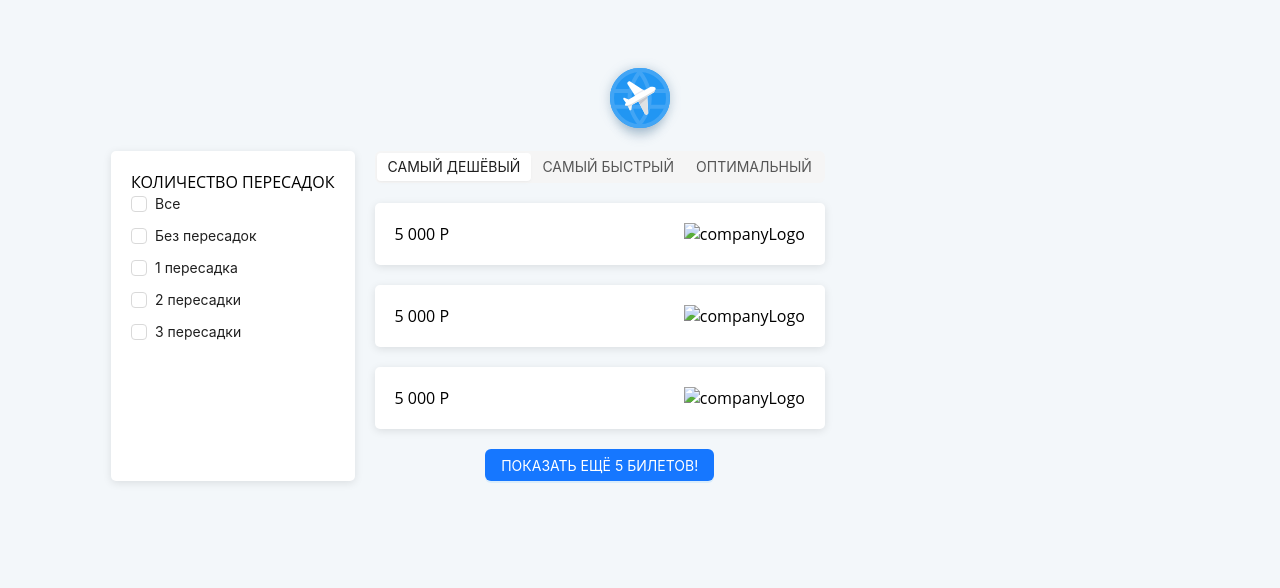
Repository: Dedoxa/aviasalesTickets
Page: /
An editor plug-in stored every save of this project. The page is shown before and after the next save, followed by the edit.
The browser window is 1280 px wide. The pictures show the whole page.
The project was rebuilt for these pictures with package versions that can differ from the ones it lists, and the page was loaded fresh each time. Also part of the build but not shown: vite.config.js.

Above is the page before, as saved 2024-10-19 16:50:27.

### index.html
<!doctype html>
<html lang="en">
  <head>
    <meta charset="UTF-8" />
    <meta name="viewport" content="width=device-width, initial-scale=1.0" />
    <title>AviasalesTickets</title>
  </head>
  <body>
    <div id="root"></div>
    <script type="module" src="/src/main.jsx"></script>
  </body>
</html>

### src/main.jsx
import { StrictMode } from 'react';
import { createRoot } from 'react-dom/client';

import App from './App.jsx';

createRoot(document.getElementById('root')).render(
  <StrictMode>
    <App />
  </StrictMode>
);

### src/App.jsx
import TransferFilters from './TransferFilters/TransferFilters.jsx';
import AppIcon from './AppIcon/AppIcon.jsx';
import PriceFilters from './PriceFilters/PriceFilters.jsx';
import TicketCard from './TicketCard/TicketCard.jsx';
import ShowMoreButton from './ShowMoreButton/ShowMoreButton.jsx';
import classes from './App.module.scss';

function App() {
  return (
    <main className={classes.App}>
      <AppIcon />
      <div style={{ display: 'flex', gap: '20px' }}>
        <TransferFilters />
        <div className={classes['priceFiltersAndTicketsContainer']}>
          <PriceFilters />
          <TicketCard />
          <TicketCard />
          <TicketCard />
          <ShowMoreButton />
        </div>
      </div>
    </main>
  );
}

export default App;

### src/TransferFilters/TransferFilters.jsx
import { Checkbox } from 'antd';

import { contentBox } from '../App.module.scss';

import classes from './TransferFilters.module.scss';

const TransferFilters = () => {
  return (
    <>
      <div className={contentBox}>
        <span className={classes.title}>КОЛИЧЕСТВО ПЕРЕСАДОК</span>
        <div className={classes.checkboxContainer}>
          <Checkbox>Все</Checkbox>
          <Checkbox>Без пересадок</Checkbox>
          <Checkbox>1 пересадка</Checkbox>
          <Checkbox>2 пересадки</Checkbox>
          <Checkbox>3 пересадки</Checkbox>
        </div>
      </div>
    </>
  );
};

export default TransferFilters;

### src/AppIcon/AppIcon.jsx
import classes from './AppIcon.module.scss';

const AppIcon = () => {
  return (
    <div className={classes.AppIcon}>
      <img src="/public/img/Logo.svg" alt="AviasalesIcon" />
    </div>
  );
};

export default AppIcon;

### src/PriceFilters/PriceFilters.jsx
import { Segmented } from 'antd';

const PriceFilters = () => {
  return <Segmented options={['САМЫЙ ДЕШЁВЫЙ', 'САМЫЙ БЫСТРЫЙ', 'ОПТИМАЛЬНЫЙ']} />;
};

export default PriceFilters;

### src/TicketCard/TicketCard.jsx
import { contentBox } from '../App.module.scss';

import classes from './TicketCard.module.scss';

const TicketCard = () => {
  return (
    <div className={contentBox}>
      <div className={classes.mainTicketInfo}>
        <span>5 000 Р</span>
        <img src="" alt="companyLogo"></img>
      </div>
      <div className={classes.otherTicketInfo}>
        <div>
          <div>
            <span></span>
            <span></span>
          </div>
          <div>
            <span></span>
            <span></span>
          </div>
          <div>
            <span></span>
            <span></span>
          </div>
        </div>
        <div>
          <div>
            <span></span>
            <span></span>
          </div>
          <div>
            <span></span>
            <span></span>
          </div>
          <div>
            <span></span>
            <span></span>
          </div>
        </div>
      </div>
    </div>
  );
};

export default TicketCard;

### src/ShowMoreButton/ShowMoreButton.jsx
import { Button } from 'antd';

import classes from './ShowMoreButton.module.scss';

const ShowMoreButton = () => {
  return (
    <div className={classes.showMoreButton}>
      <Button type="primary">ПОКАЗАТЬ ЕЩЁ 5 БИЛЕТОВ!</Button>
    </div>
);
};

export default ShowMoreButton;

### src/App.module.scss
@font-face {
  font-family: 'Open Sans';
  src: url('https://fonts.googleapis.com/css2?family=Open+Sans:ital,wght@0,300..800;1,300..800&display=swap');
}

.contentBox {
  display: inline-block;
  font-family: 'Open Sans', sans-serif;
  background-color: #fff;
  border-radius: 5px;
  box-shadow: 0 2px 8px 0 rgba(0, 0, 0, 0.1);
  padding: 20px;
}

body {
  background-color: #f3f7fa;
  padding: 50px 103px;
}

.App {
  .priceFiltersAndTicketsContainer {
    display: flex;
    flex-direction: column;
    gap: 20px;
  }
}

### src/TransferFilters/TransferFilters.module.scss
.title {
  margin-bottom: 20px;
}

.checkboxContainer {
  display: flex;
  flex-direction: column;
  gap: 10px;
}

### src/AppIcon/AppIcon.module.scss
.AppIcon {
    text-align: center;
}

### src/TicketCard/TicketCard.module.scss
.mainTicketInfo,
.otherTicketInfo {
    display: flex;
}

.mainTicketInfo {
    justify-content: space-between;
}

.otherTicketInfo {
    gap: 20px
}

### src/ShowMoreButton/ShowMoreButton.module.scss
.showMoreButton {
    text-align: center;
}

After the next save:
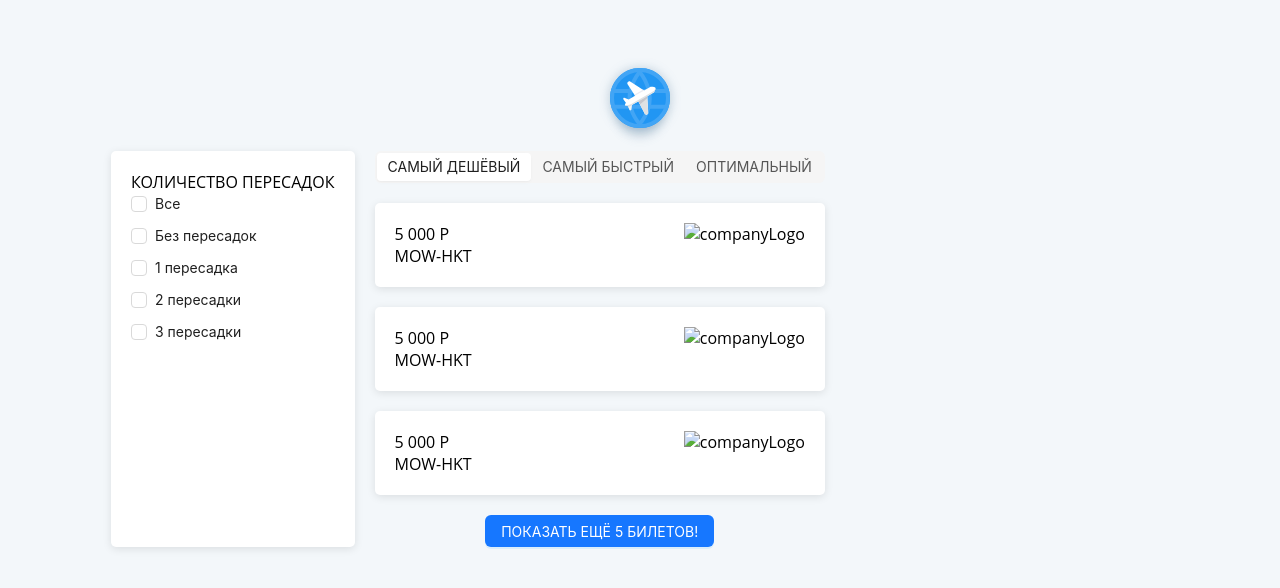
Saved 17 s later.
--- a/src/TicketCard/TicketCard.jsx
+++ b/src/TicketCard/TicketCard.jsx
@@ -12,7 +12,7 @@ const TicketCard = () => {
       <div className={classes.otherTicketInfo}>
         <div>
           <div>
-            <span></span>
+            <span>MOW-HKT</span>
             <span></span>
           </div>
           <div>
